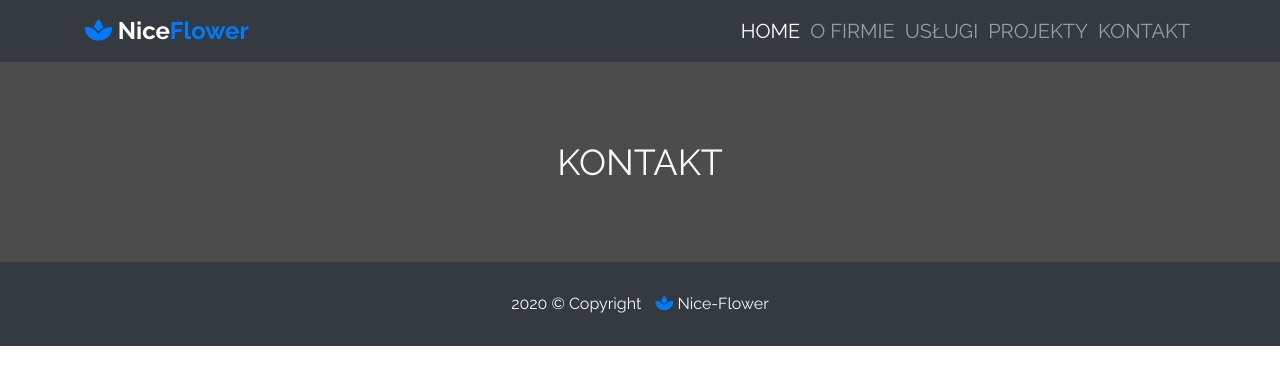
Repository: KrzysKolo/Projekt-13_Kwiaciarnia
Page: contact.html
An editor plug-in stored every save of this project. The page is shown before and after the next save, followed by the edit.
The browser window is 1280 px wide. The pictures show the whole page.
Some web libraries are served in a nearby version.

Above is the page before, as saved 2020-08-11 12:41:23.

After the next save:
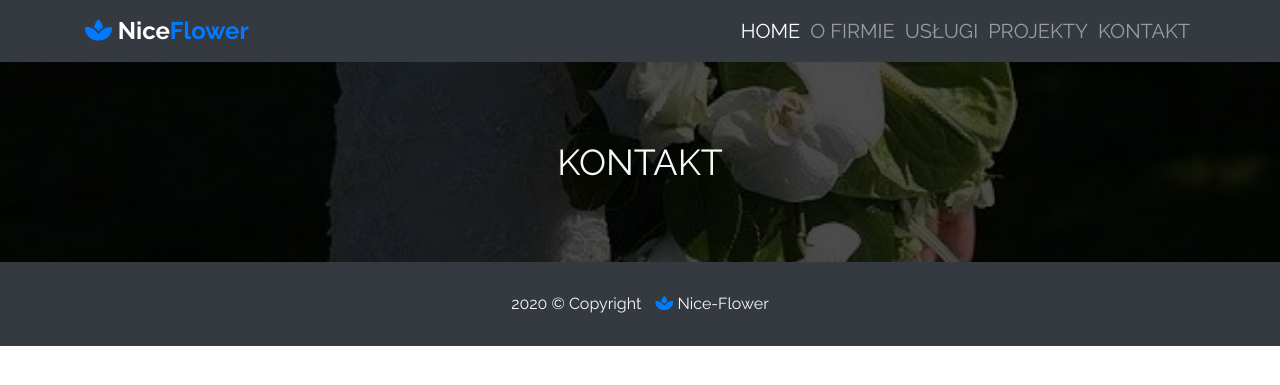
Saved 63 s later.
--- a/style.css
+++ b/style.css
@@ -203,6 +203,13 @@ header {
   text-transform: uppercase;
 }
 /* ----------- */
+/*    kontakt  */
+/* ----------- */
+.contact-hero {
+  background-image: url("./img/obrazek2.jpg");
+  background-position: center;
+}
+/* ----------- */
 /*    footer   */
 /* ----------- */
 footer {
